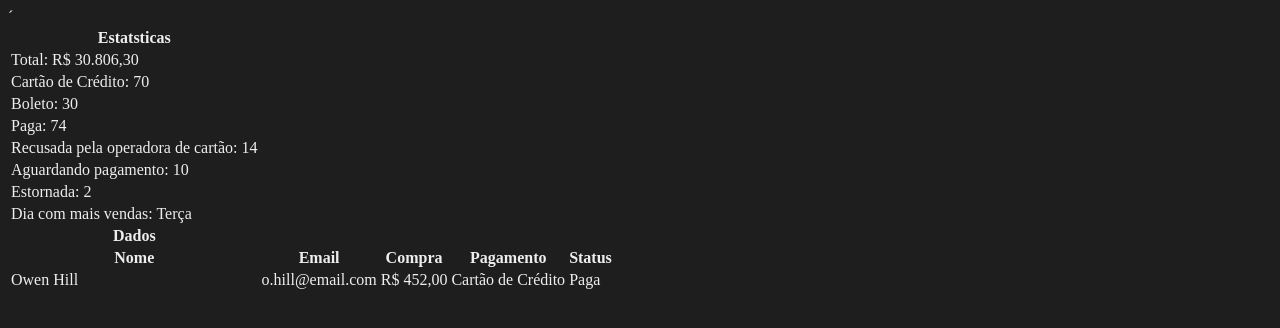
Repository: lucasleitedosreis/exercicios-praticando-typescript
Page: index.html
An editor plug-in stored every save of this project. The page is shown before and after the next save, followed by the edit.
The browser window is 1280 px wide. The pictures show the whole page.
The page's requests for data from a server got no answer.

Above is the page before, as saved 2023-04-13 13:53:22.

### index.html
<!DOCTYPE html>
<html lang="pt-BR">

<head>
    <meta charset="UTF-8">
    <meta http-equiv="X-UA-Compatible" content="IE=edge">
    <meta name="viewport" content="width=device-width, initial-scale=1.0">
    <title>Exercícios TypeScript</title>
    <link rel="stylesheet" href="./src/styles.css">
</head>

<body>
    <table>
        <thead>
            <tr>
                <th id="estatisticas">Estatsticas</th>´
            </tr>
        </thead>
        <tbody>
            <tr>
                <td>Total: R$ 30.806,30</td>
            </tr>
            <tr>
                <td>Cartão de Crédito: 70</td>
            </tr>
            <tr>
                <td>Boleto: 30</td>
            </tr>
            <tr>
                <td>Paga: 74</td>
            </tr>
            <tr>
                <td>Recusada pela operadora de cartão: 14</td>
            </tr>
            <tr>
                <td>Aguardando pagamento: 10</td>
            </tr>
            <tr>
                <td>Estornada: 2</td>
            </tr>
            <tr>
                <td>Dia com mais vendas: Terça</td>
            </tr>
        </tbody>
        <thead>
            <tr>
                <th id="dados">Dados</th>
            </tr>
        </thead>
        <tbody>
            <tr>
                <th id="nome" colspan="10">Nome</th>
                <th id="email" colspan="10">Email</th>
                <th id="compra" colspan="10">Compra</th>
                <th id="pagamento" colspan="10">Pagamento</th>
                <th id="status" colspan="10">Status</th>
            </tr>
            <tr>
                <td colspan="10">Owen Hill</td>
                <td colspan="10">o.hill@email.com</td>
                <td colspan="10">R$ 452,00</td>
                <td colspan="10">Cartão de Crédito</td>
                <td colspan="10">Paga</td>
            </tr>
        </tbody>

    </table>
    <script type="module" src="./dist/script.js"></script>
</body>

</html>

### src/styles.css
body {
  background: #1e1e1e;
  color: #eeeeee;
}

### dist/script.js
import fetchData from "./fetchData.js";
import normalizarTransacao from "./normalizartransacao.js";
async function handleData() {
    const data = await fetchData("https://api.origamid.dev/json/transacoes.json?");
    if (!data)
        return;
    const transacoes = data.map(normalizarTransacao);
    console.log(transacoes);
}
handleData();
//# sourceMappingURL=script.js.map

### dist/fetchData.js
export default async function fetchData(url) {
    try {
        const response = await fetch(url);
        if (!response.ok)
            throw new Error("Erro: " + response.status);
        const json = await response.json();
        return json;
    }
    catch (error) {
        if (error instanceof Error)
            console.log("Ocorreu um Erro ao executar o fetch: " + error.message);
        return null;
    }
}
//# sourceMappingURL=fetchData.js.map

### dist/normalizartransacao.js
import moedaParanumero from "./moedaParaNumero.js";
export default function normalizarTransacao(transacao) {
    return {
        nome: transacao.Nome,
        id: transacao.ID,
        data: transacao.Data,
        status: transacao.Status,
        email: transacao.Email,
        moeda: transacao["Valor (R$)"],
        valor: moedaParanumero(transacao["Valor (R$)"]),
        pagamento: transacao["Forma de Pagamento"],
        novo: Boolean(transacao["Cliente Novo"]),
    };
}
//# sourceMappingURL=normalizartransacao.js.map

### dist/moedaParaNumero.js
export default function moedaParanumero(moeda) {
    const numero = Number(moeda.replaceAll(".", "").replaceAll(",", "."));
    if (isNaN(numero)) {
        return null;
    }
    else {
        return numero;
    }
}
//# sourceMappingURL=moedaParaNumero.js.map

After the next save:
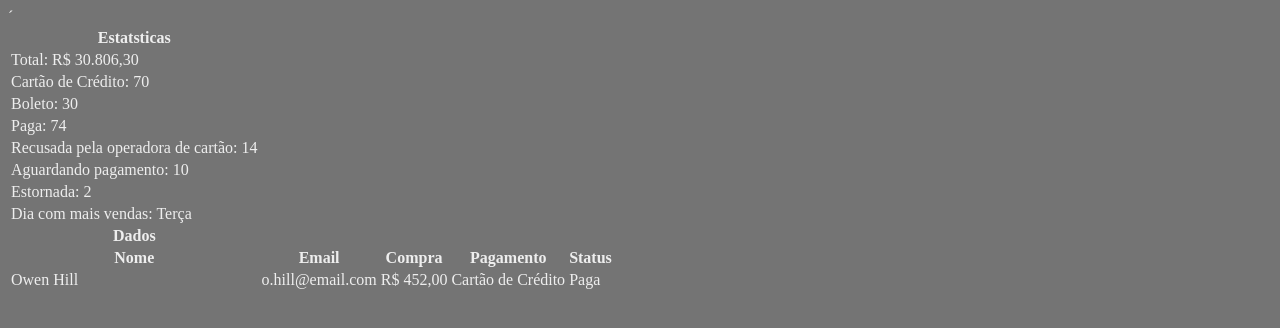
Saved 10 s later.
--- a/src/styles.css
+++ b/src/styles.css
@@ -1,4 +1,4 @@
 body {
-  background: #1e1e1e;
+  background: #747474;
   color: #eeeeee;
 }

After the save that followed:
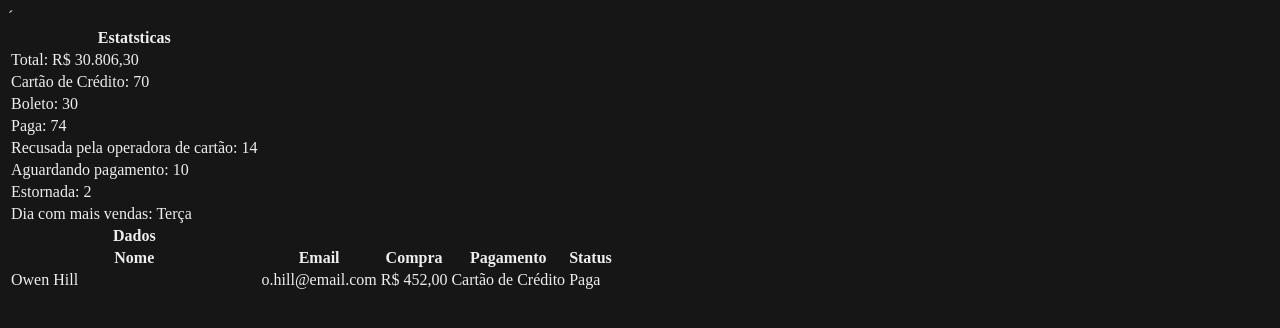
Saved 7 s later.
--- a/src/styles.css
+++ b/src/styles.css
@@ -1,4 +1,4 @@
 body {
-  background: #747474;
+  background: #161616;
   color: #eeeeee;
 }
